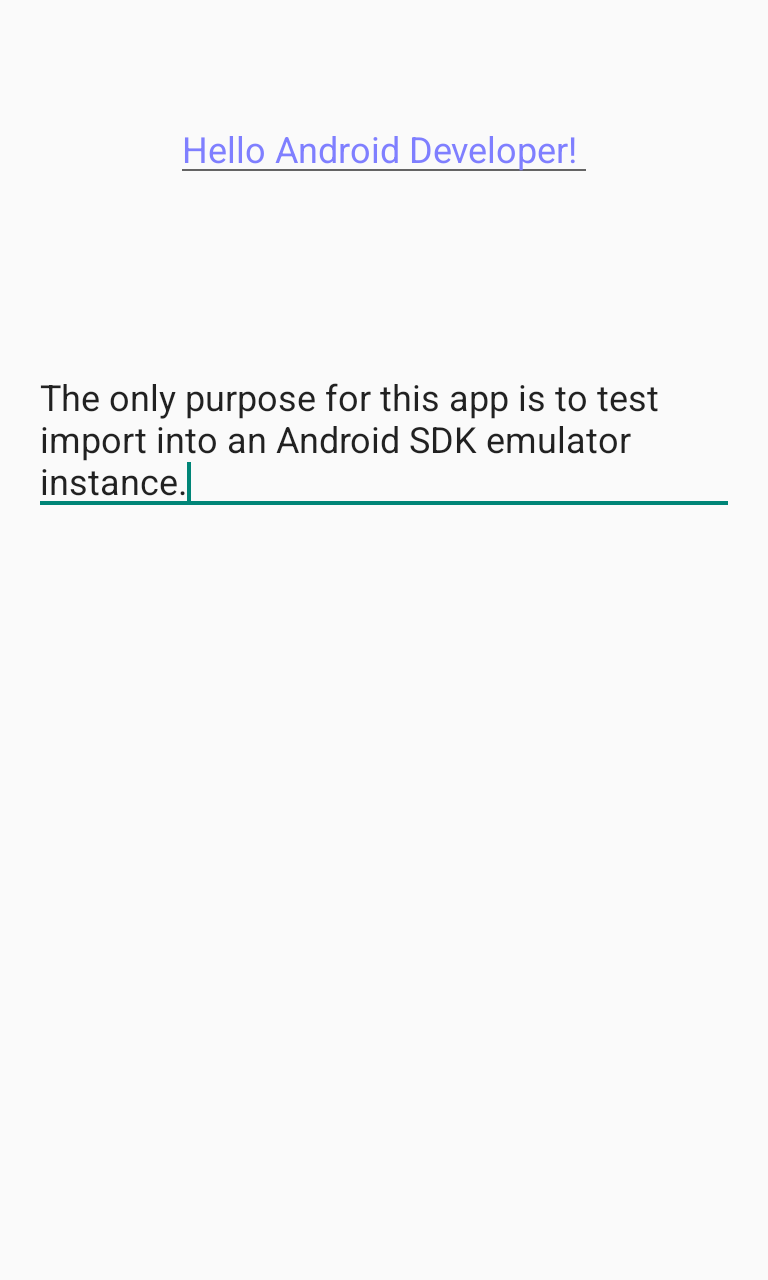
Repository: hdemby/workspace
Layout: TestApp/res/layout/activity_main.xml
An editor plug-in stored every save of this project. The layout is shown before and after the next save, followed by the edit.
It is drawn on a 768 x 1280 px phone screen (xhdpi) without system bars, with theme AppTheme; the app's code is not run.

Above is the layout before, as saved 2014-11-19 17:12:27.

### TestApp/res/layout/activity_main.xml
<RelativeLayout xmlns:android="http://schemas.android.com/apk/res/android"
    xmlns:tools="http://schemas.android.com/tools"
    android:layout_width="match_parent"
    android:layout_height="match_parent"
    android:paddingBottom="@dimen/activity_vertical_margin"
    android:paddingLeft="@dimen/activity_horizontal_margin"
    android:paddingRight="@dimen/activity_horizontal_margin"
    android:paddingTop="@dimen/activity_vertical_margin"
    tools:context="com.coursera.testapp.MainActivity" >

    <EditText
        android:id="@+id/editText1"
        android:layout_width="match_parent"
        android:layout_height="wrap_content"
        android:layout_centerHorizontal="true"
        android:layout_marginTop="160dp"
        android:ems="10"
        android:inputType="textMultiLine"
        android:scrollbars="vertical"
        android:text="@string/content_main" >

        <requestFocus />
    </EditText>

    <EditText
        android:id="@+id/editText2"
        android:layout_width="wrap_content"
        android:layout_height="wrap_content"
        android:layout_alignParentTop="true"
        android:layout_centerHorizontal="true"
        android:layout_marginTop="36dp"
        android:contentDescription="@string/app_name"
        android:ems="10"
        android:inputType="text"
        android:text="@string/hello_world"
        android:textColor="#7f7fff" />

</RelativeLayout>

### TestApp/res/values/strings.xml
<?xml version="1.0" encoding="utf-8"?>
<resources>

    <string name="app_name" translatable="false">Test App</string>
    <string name="hello_world" translatable="false">Hello Android Developer!</string>
    <string name="action_settings" translatable="false">Settings</string>
    <string name="content_main" translatable="false">The only purpose for this app is to test import into an Android SDK emulator instance.</string>
    <string name="label_landscape" translatable="false">Landscape Mode</string>
    <string name="label_portrait" translatable="false">Portrait Mode</string>

</resources>

Loaded but not shown: TestApp/res/values/styles.xml (common file); TestApp/res/values-v11/styles.xml (common file); TestApp/res/values-v14/styles.xml (common file); TestApp/res/values/dimens.xml (common file); TestApp/res/values-w820dp/dimens.xml (common file)

After the next save:
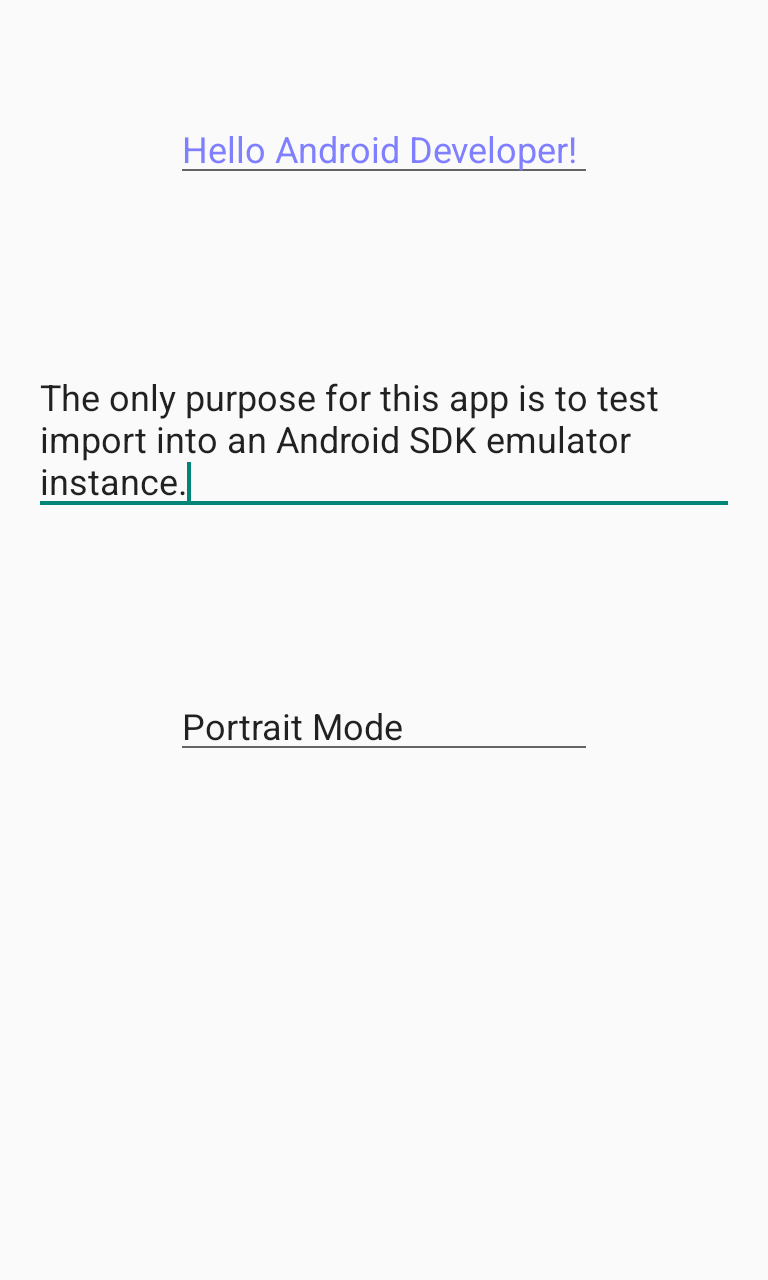
Saved 75 s later.
--- a/TestApp/res/layout/activity_main.xml
+++ b/TestApp/res/layout/activity_main.xml
@@ -35,4 +35,15 @@
         android:text="@string/hello_world"
         android:textColor="#7f7fff" />
 
+    <EditText
+        android:id="@+id/editText3"
+        android:layout_width="wrap_content"
+        android:layout_height="wrap_content"
+        android:layout_below="@+id/editText1"
+        android:layout_centerHorizontal="true"
+        android:layout_marginTop="81dp"
+        android:ems="10"
+        android:inputType="text"
+        android:text="@string/label_portrait" />
+
 </RelativeLayout>
